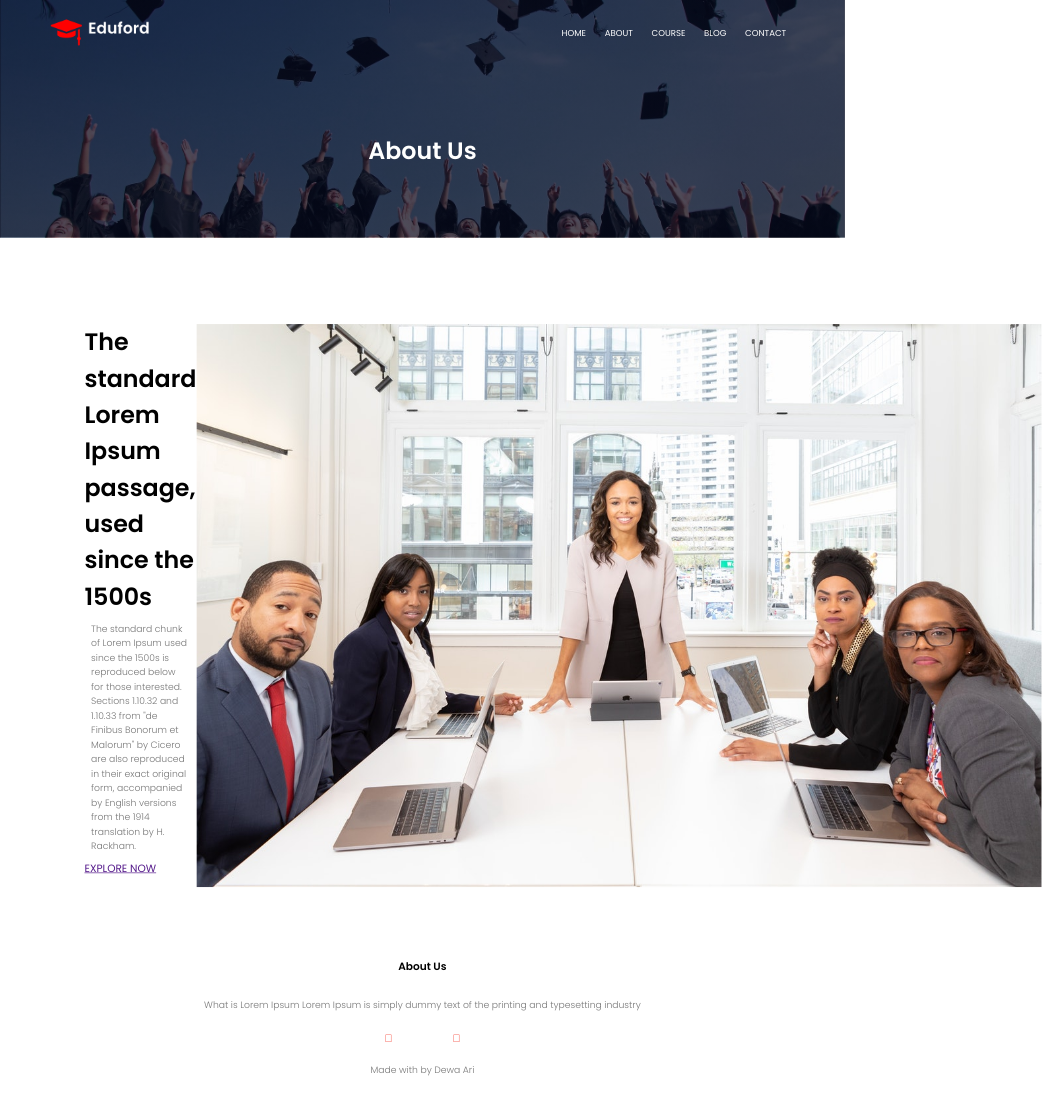
Repository: dewaary/company-profile
Page: about.html
These files come from the project's save history. The page is drawn as it stood at one moment and after the next save; the edit follows.
The browser window is 1280 px wide. The page is 1578 px wide, then 1586 px, so the pictures cover 1586 px, including what lies to the right of the window. The pictures show the whole page, at 66% of full size.

Above is the page before, as saved 2021-05-07 23:25:00.

### about.html
<!DOCTYPE html>
<html lang="en">

<head>
    <meta charset="UTF-8" />
    <meta http-equiv="X-UA-Compatible" content="IE=edge" />
    <meta name="viewport" content="width=device-width, initial-scale=1.0" />
    <title>University Website Design</title>
    <link rel="stylesheet" href="style.css" />
    <link rel="preconnect" href="https://fonts.gstatic.com" />
    <link href="https://fonts.googleapis.com/css2?family=Poppins:wght@200;300;400;600;700&display=swap"
        rel="stylesheet" />
    <link rel="stylesheet"
        href="https://cdn.jsdelivr.net/npm/@fortawesome/fontawesome-free@5.15.3/css/fontawesome.min.css" />
</head>

<body>
    <section class="sub-header">
        <nav>
            <a href="index.html"><img src="images/logo.png" /></a>
            <div class="nav-links" id="navLinks">
                <i class="fa fa-times" onclick="hideMenu()"></i>
                <ul>
                    <li><a href="">HOME</a></li>
                    <li><a href="">ABOUT</a></li>
                    <li><a href="">COURSE</a></li>
                    <li><a href="">BLOG</a></li>
                    <li><a href="">CONTACT</a></li>
                </ul>
            </div>
            <i class="fa fa-bars" onclick="showMenu()"></i>
        </nav>
        <h1>About Us</h1>
    </section>

    <section class="about-us">

        <div class="row">
            <div class="about-col">
                <h1>The standard Lorem Ipsum passage, used since the 1500s</h1>
                <p>
                    The standard chunk of Lorem Ipsum used since the 1500s is reproduced below for those interested.
                    Sections 1.10.32 and 1.10.33 from "de Finibus Bonorum et Malorum" by Cicero are also reproduced in
                    their exact original form, accompanied by English versions from the 1914 translation by H. Rackham.
                </p>
                <a href="">EXPLORE NOW</a>
            </div>
            <div class="about-col">
                <img src="images/about.jpg">
            </div>
        </div>

    </section>


    <section class="footer">
        <h4>About Us</h4>
        <p>
            What is Lorem Ipsum Lorem Ipsum is simply dummy text of the printing and
            typesetting industry
        </p>
        <div class="icons">
            <i class="fa fa-facebook"></i>
            <i class="fa fa-Twitter"></i>
            <i class="fa fa-Instagram"></i>
            <i class="fa fa-linkedin"></i>
        </div>
        <p>Made with <i class="fa fa-heart-0"></i>by Dewa Ari</p>
    </section>

    <!---- Javascript for Toggle Menu ---->
    <script>
        var navLinks = document.getElementById("navLinks");

        function showMenu() {
            navLinks.style.right = "0";
        }
        function hideMenu() {
            navLinks.style.right = "-200px";
        }
    </script>
</body>

</html>

### style.css
* {
  margin: 0;
  padding: 0;
  font-family: "Poppins", sans-serif;
}

.header {
  min-height: 100vh;
  width: 100%;
  background-image: linear-gradient(rgba(4, 9, 30, 0.7), rgba(4, 9, 30, 0.7)),
    url(images/banner.png);
  background-position: center;
  background-size: cover;
  position: relative;
}

nav {
  display: flex;
  padding: 2% 6%;
  justify-content: space-between;
  align-items: center;
}

nav img {
  width: 150px;
}

.nav-links {
  flex: 1;
  text-align: right;
}

.nav-links ul li {
  list-style: none;
  display: inline-block;
  padding: 8px 12px;
  position: relative;
}

.nav-links ul li a {
  color: #fff;
  text-decoration: none;
  font-size: 13px;
}

.nav-links ul li::after {
  content: "";
  width: 0%;
  height: 2px;
  background: #f44336;
  display: block;
  margin: auto;
  transition: 0.5s;
}

.nav-links ul li:hover::after {
  width: 100%;
}

.text-box {
  width: 90%;
  color: #fff;
  position: absolute;
  top: 50%;
  left: 50%;
  transform: translate(-50%, -50%);
  text-align: center;
}

.text-box h1 {
  font-size: 62px;
}

.text-box p {
  margin: 10px 0 40px;
  font-size: 14px;
  color: #fff;
}

.hero-btn {
  display: inline-block;
  text-decoration: none;
  color: #fff;
  border: 1px solid #fff;
  padding: 12px 34px;
  font-size: 13px;
  background: transparent;
  position: relative;
  cursor: pointer;
}

.hero-btn:hover {
  border: 1px solid #f44336;
  background: #f44336;
  transition: 1s;
}

nav .fa {
  display: none;
}

@media (max-width: 700px) {
  .text-box h1 {
    font-size: 20px;
  }

  .nav-links ul li {
    display: block;
  }
  .nav-links {
    position: absolute;
    background: #f44336;
    height: 100vh;
    width: 200px;
    top: 0;
    right: -200px;
    text-align: left;
    z-index: 2;
    transition: 1s;
  }

  nav .fa {
    display: block;
    color: #fff;
    margin: 10px;
    font-size: 22px;
    cursor: pointer;
  }

  .nav-links ul {
    padding: 30px;
  }
}

/*---- Course ------ */

.course {
  width: 80%;
  margin: auto;
  text-align: center;
  padding-top: 100px;
}

h1 {
  font-size: 36px;
  font-weight: 600;
}

p {
  color: #777;
  font-size: 14px;
  font-weight: 300;
  line-height: 22px;
  padding: 10px;
}

.row {
  margin-top: 5%;
  display: flex;
  justify-content: space-between;
}

.course-col {
  flex-basis: 31%;
  background: #fff3f3;
  border-radius: 10px;
  margin-bottom: 5%;
  padding: 20px 12px;
  box-sizing: border-box;
  transition: 0.5s;
}

h3 {
  text-align: center;
  font-weight: 600;
  margin: 10px 0;
}

.course-col:hover {
  box-shadow: 0 0 20px 0px rgba(0, 0, 0, 0.2);
}

@media (max-width: 700px) {
  .row {
    flex-direction: column;
  }
}

.campus {
  width: 80%;
  margin: auto;
  text-align: center;
  padding-top: 50px;
}

.campus-col {
  flex-basis: 32%;
  border-radius: 10px;
  margin-bottom: 30px;
  position: relative;
  overflow: hidden;
}
.campus-col img {
  width: 100%;
  display: block;
}

.layer {
  background: transparent;
  height: 100%;
  width: 100%;
  position: absolute;
  top: 0;
  left: 0;
  transition: 0.5s;
}

.layer:hover {
  background: rgba(226, 0, 0, 0.7);
}

.layer h3 {
  width: 100%;
  font-weight: 500;
  color: #fff;
  font-size: 26px;
  bottom: 0;
  left: 50%;
  transform: translateX(-50%);
  position: absolute;
  transition: 0.5s;
}

.layer:hover h3 {
  bottom: 49%;
  opacity: 1;
}

.facilities {
  width: 80%;
  margin: auto;
  text-align: center;
  padding-top: 100px;
}

.facilities-col {
  flex-basis: 31%;
  border-radius: 10px;
  margin-bottom: 5%;
  text-align: left;
}

.facilities-col img {
  width: 100%;
  border-radius: 10px;
}

.facilities-col p {
  padding: 0%;
}

.facilities-col h3 {
  margin-top: 16px;
  margin-bottom: 15px;
  text-align: left;
}

.testimonials {
  width: 80%;
  margin: auto;
  padding-top: 100px;
  text-align: center;
}

.testimonials-col {
  flex-basis: 44%;
  border-radius: 10px;
  margin-bottom: 5%;
  text-align: left;
  background: #fff3f3;
  padding: 25px;
  cursor: pointer;
  display: flex;
}

.testimonials-col img {
  height: 40px;
  margin-left: 5px;
  margin-right: 30px;
  border-radius: 50%;
}

.testimonials-col p {
  padding: 0;
}

.testimonials-col h3 {
  margin-top: 15px;
  text-align: left;
}

.testimonials-col .fa {
  color: #f44336;
}

@media (max-width: 700px) {
  .testimonials-col img {
    margin-left: 0px;
    margin-right: 15px;
  }
}

.cta {
  margin: 100px auto;
  width: 80%;
  background-image: linear-gradient(rgba(0, 0, 0, 0.7), rgba(0, 0, 0, 0.7)),
    url(images/banner2.jpg);
  background-position: center;
  background-size: cover;
  border-radius: 10px;
  text-align: center;
  padding: 100px 0;
}

.cta h1 {
  color: #fff;
  margin-bottom: 40px;
  padding: 0;
}

@media (max-width: 700px) {
  .cta h1 {
    font-size: 20px;
  }
}

.footer {
  width: 100%;
  text-align: center;
  padding: 30px 0;
}

.footer h4 {
  margin-bottom: 25px;
  margin-top: 20px;
  font-weight: 600;
}

.icons .fa {
  color: #f44336;
  margin: 0 13px;
  cursor: pointer;
  padding: 18px 0;
}

.fa-heart-0 {
  color: #f44336;
}

/*--------- About Us Page --------- */

.sub-header {
  height: 50vh;
  width: 100%;
  background-image: linear-gradient(rgba(4, 9, 30, 0.7), rgba(4, 9, 30, 0.7)),
    url(images/background.jpg);
  background-position: center;
  background-size: cover;
  text-align: center;
  color: #fff;
}

.sub-header h1{
  margin-top: 100px;
}

.about-us {
  width: 80%;
  margin: auto;
  padding-top: 80px;
  padding-bottom: 50px;
}

After the next save:
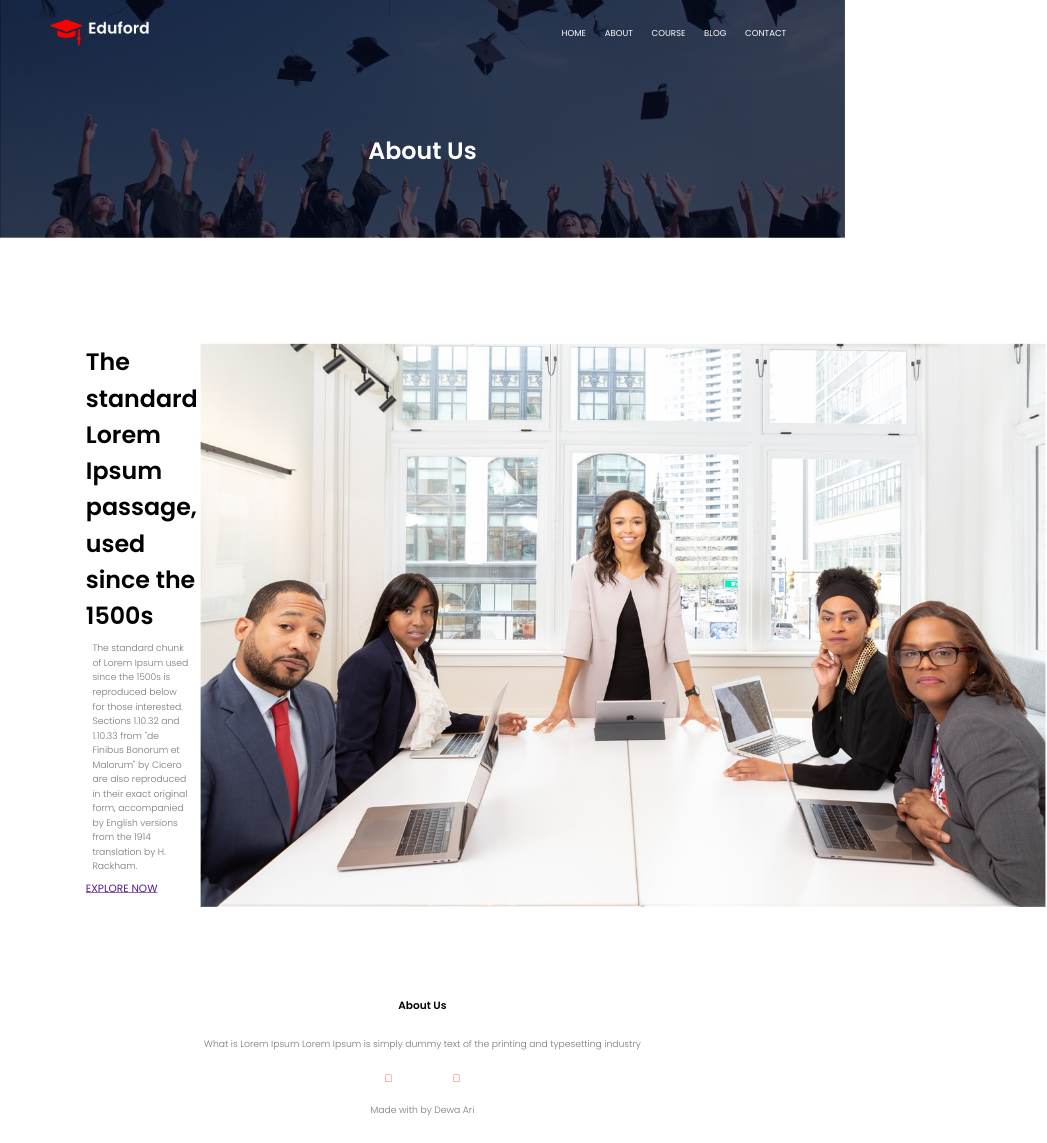
Saved 28 s later.
--- a/style.css
+++ b/style.css
@@ -380,3 +380,8 @@ h3 {
   padding-top: 80px;
   padding-bottom: 50px;
 }
+
+.about-col {
+  flex-basis: 48%;
+  padding: 30px 2px;
+}
